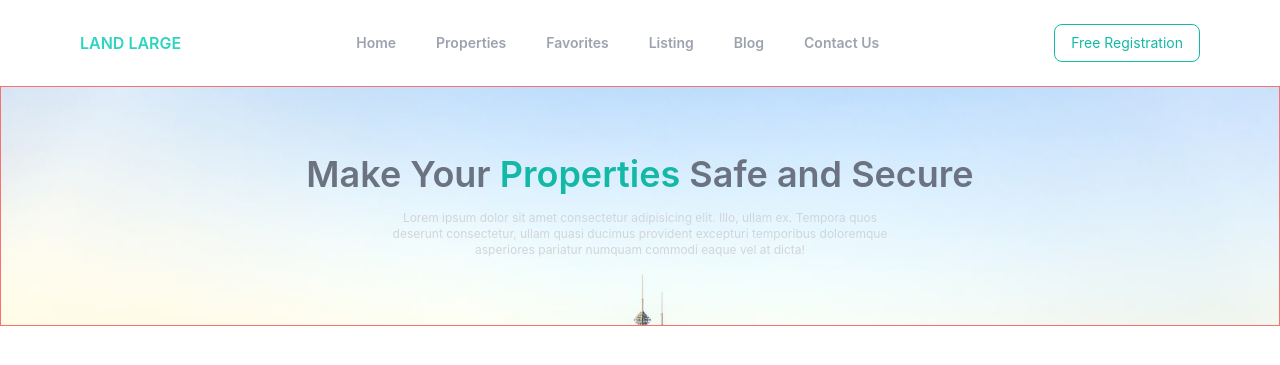
Repository: MuniruIssah/realestate
Page: /
An editor plug-in stored every save of this project. The page is shown before and after the next save, followed by the edit.
The browser window is 1280 px wide. The pictures show the whole page.
The project was rebuilt for these pictures with package versions that can differ from the ones it lists, and the page was loaded fresh each time. Also part of the build but not shown: src/App.css.

Above is the page before, as saved 2022-02-19 21:58:39.

After the next save:
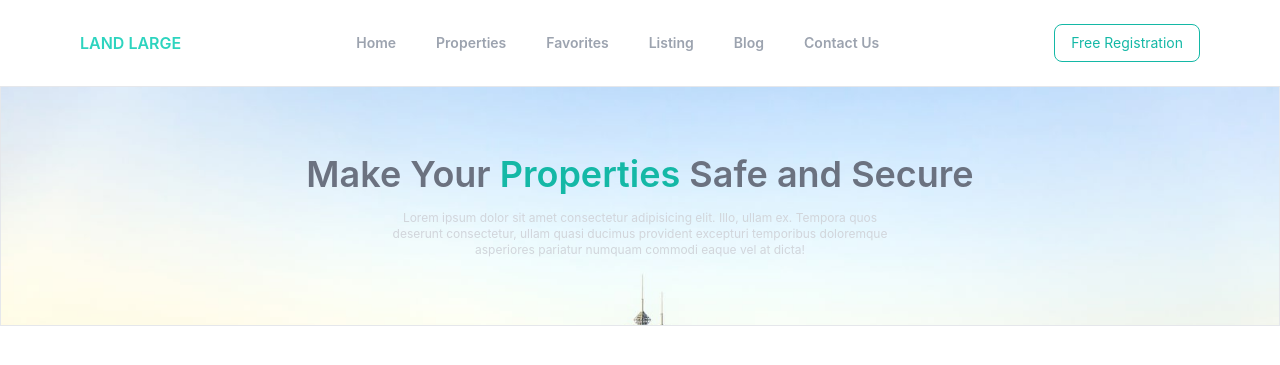
Saved 14 s later.
--- a/src/components/Jumbotron.js
+++ b/src/components/Jumbotron.js
@@ -4,7 +4,7 @@ const Jumbotron = () => {
   return (
     <div
       style={{ backgroundImage: `url(${building})` }}
-      className="h-1/3 flex flex-col justify-center items-center space-y-4 w-full border border-red-400 bg-no-repeat bg-cover"
+      className="h-1/3 flex flex-col justify-center items-center space-y-4 w-full border  bg-no-repeat bg-cover"
     >
       <span className="lg:text-4xl text-gray-500 text-center font-semibold">
         Make Your <span className="text-teal-500">Properties</span> Safe and
